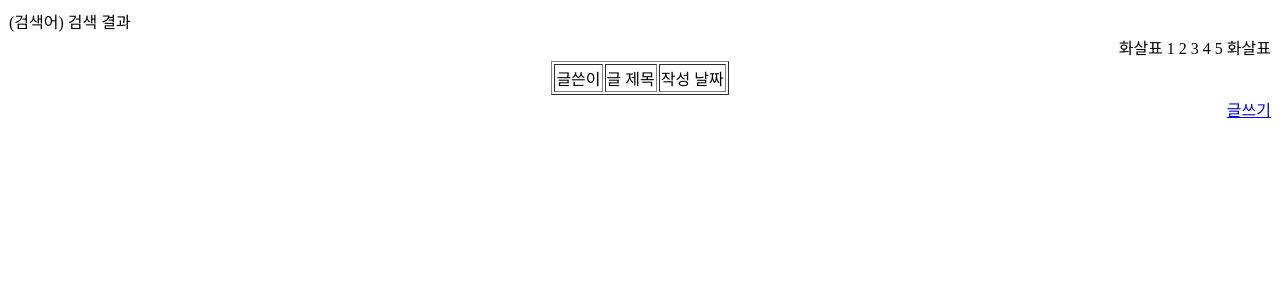
Repository: GOHO97/Haheeho
Page: http://localhost/Haheeho_Adblock/WEB-INF/views/board/board.jsp
The author's editor kept a copy of each file at every save. The page is drawn from the files as they stood at one save, then again after the next save.
The browser window is 1280 px wide. The pictures show the whole page.
The page is served by Tomcat 9. Nobody is signed in. Other server files are loaded and not shown. The template is opened directly, without the code that normally fills it, so the values that code supplies are empty.

Above is the page before, as saved 2022-11-01 03:03:11.

### Haheeho_Adblock/src/main/webapp/WEB-INF/views/board/board.jsp
<%@ page language="java" contentType="text/html; charset=UTF-8"
    pageEncoding="UTF-8"%>
<!DOCTYPE html>
<html>
<head>
<meta charset="UTF-8">
<title>Insert title here</title>
<link rel="stylesheet" href="resources/css/board.css">
</head>
<body>
	<table id="boardMainTable">
		<tr>
			<td align="left">
				(검색어) 검색 결과
			</td>
		</tr>
		<tr>
			<td align="right">
				화살표 1 2 3 4 5 화살표
			</td>
		</tr>
		<tr>
			<td align="center">
				<table border="1" id="boardArea">
					<tr>
						<td>
							글쓴이
						</td>
						<td>
							<a>글 제목</a>
						</td>
						<td>
							작성 날짜
						</td>
					</tr>
				</table>
			</td>
		</tr>
		<tr>
			<td align="right">
				<a href="board.write.go">글쓰기</a>
			</td>
		</tr>
	</table>
</body>
</html>

### Haheeho_Adblock/src/main/webapp/resources/css/board.css
@charset "UTF-8";

#boardSearchTab {
	width: 50%;
	height: 30px;
}

#boardMainTable{
	width: 100%;
	border-spacing: 0;
}

.boardArea {
	border-left: 2px solid #757575;
	border-right: 2px solid #757575;
	box-shadow: 2px 2px 2px #BDBDBD;
	width: 100%;
	background-color: #FFE16480;
}


.boardUserName, .boardTitle, .boardDate{
	height: 40px;
}

.boardUserName{
	width: 25%;
}

.boardTitle{
	width: 50%;
}

.boardDate{
	width: 25%;
}

#boardWriteButton{
	background-color: #EF5E5A;
	border: none;
	font-family: "b";
	font-size: 20px;
	color: #FFE164;
	border-bottom-left-radius: 5px;
	border-bottom-right-radius: 5px;
}

#boardSearchResultDiv{
	margin-right: 440px;
	width: 400px;
	height: 30px;
	padding-top:10px;
	border-top: 2px solid #757575;
	border-left: 2px solid #757575;
	border-right: 2px solid #757575;
	border-top-left-radius: 5px;
	border-top-right-radius: 5px;
	text-align: center;
}

#boardSearchResultDiv span{
	color: red;
}

#boardSearchResultDiv a{
	font-size: 15px;
	background-color: #EF5E5A30;
	border-radius: 5px;
}

#boardPageNum{
	border-left: 2px solid #757575;
	border-right: 2px solid #757575;
	border-bottom: 2px solid #757575;
	box-shadow: 2px 2px 2px #BDBDBD;
	padding-right: 20px;
}

After the next save:
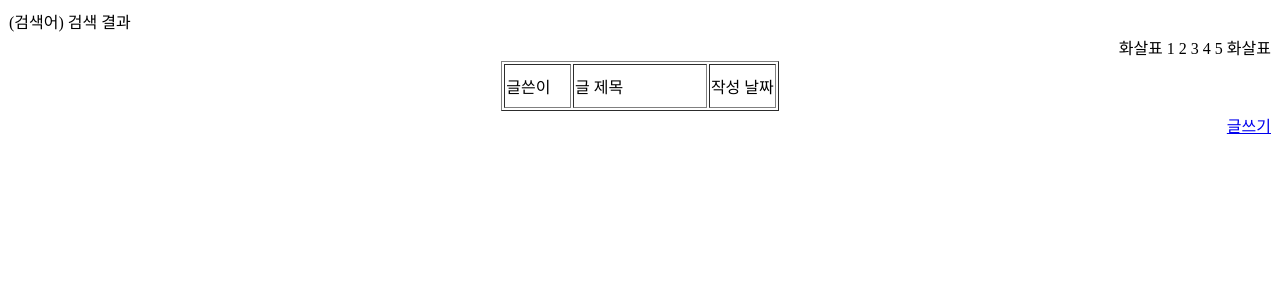
Saved 63 s later.
--- a/Haheeho_Adblock/src/main/webapp/WEB-INF/views/board/board.jsp
+++ b/Haheeho_Adblock/src/main/webapp/WEB-INF/views/board/board.jsp
@@ -23,13 +23,13 @@
 			<td align="center">
 				<table border="1" id="boardArea">
 					<tr>
-						<td>
+						<td class="boardUserName">
 							글쓴이
 						</td>
-						<td>
+						<td class="boardTitle">
 							<a>글 제목</a>
 						</td>
-						<td>
+						<td class="boardDate">
 							작성 날짜
 						</td>
 					</tr>
